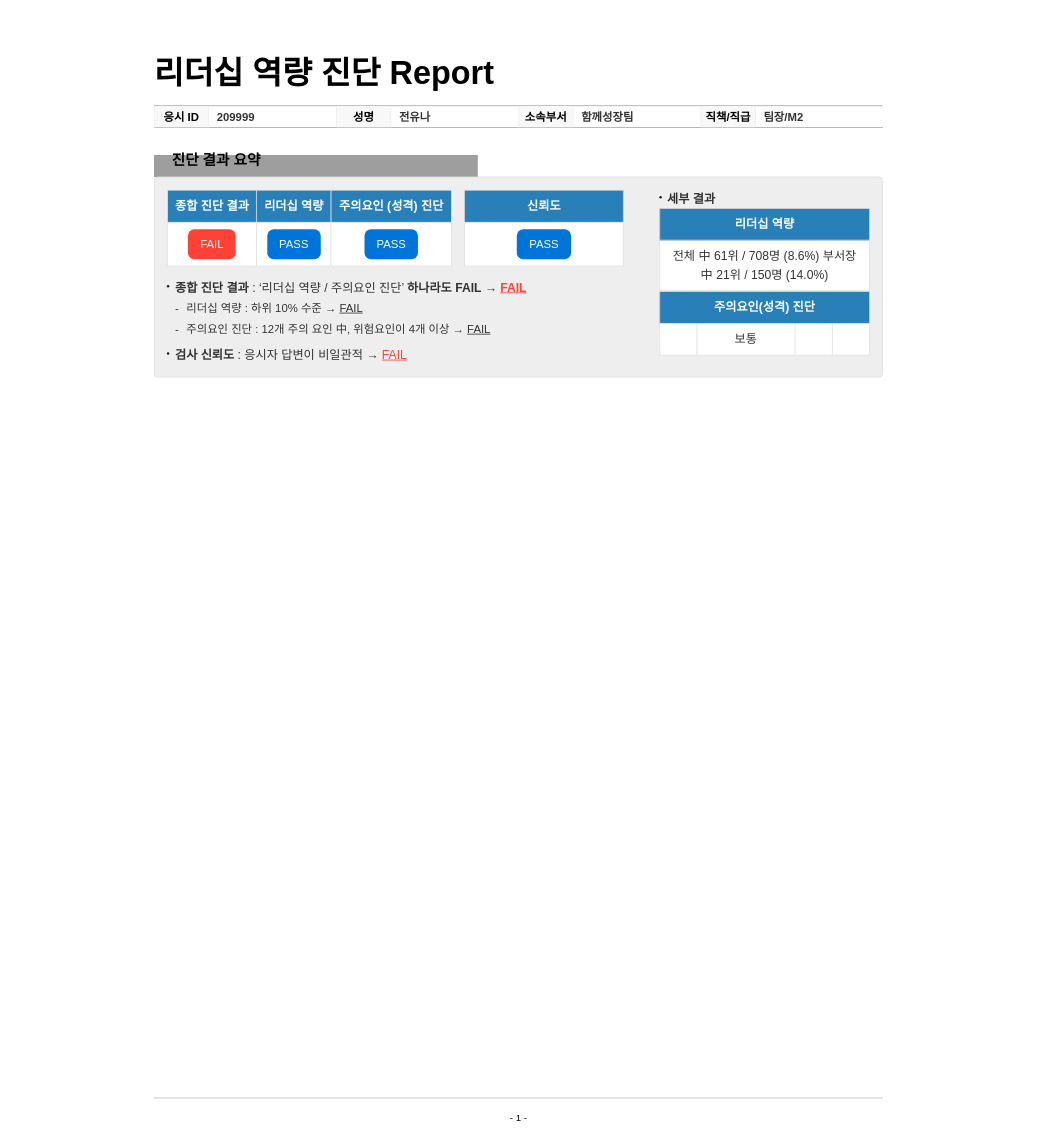
Repository: richosj/report
Page: index.html
These files come from the project's save history. The page is drawn as it stood at one moment and after the next save; the edit follows.
The browser window is 1280 px wide. The pictures show the whole page, at 81% of full size.
Pictures or frames that could not be fetched are drawn as grey boxes. Some web fonts or font styles are not loaded; a fallback is used. The style sheet was rebuilt from its Sass, Less or Tailwind sources for each picture, by a compiler version that may differ from the author's.

Above is the page before, as saved 2024-09-21 22:10:33.

After the next save:
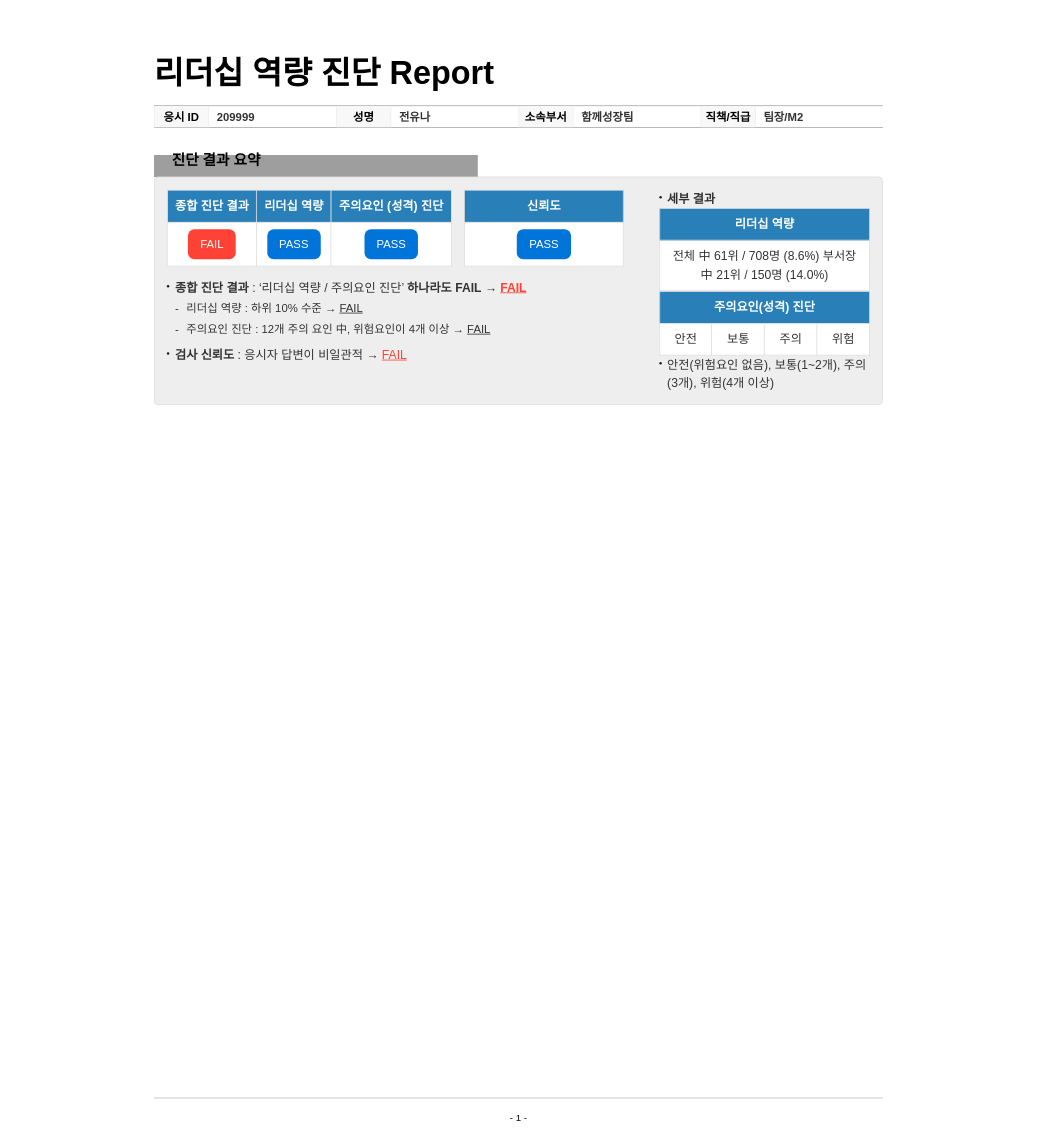
Saved 42 s later.
--- a/index.html
+++ b/index.html
@@ -119,13 +119,16 @@
                                 </thead>
                                 <tbody>
                                     <tr>
-                                        <td></td>
+                                        <td>안전</td>
                                         <td class="active">보통</td>
-                                        <td></td>
-                                        <td></td>
+                                        <td>주의</td>
+                                        <td>위험</td>
                                     </tr>
                                 </tbody>
                             </table>
+                            <ul class="list-round">
+                               <li>안전(위험요인 없음), 보통(1~2개), 주의(3개), 위험(4개 이상)</li>
+                            </ul>
                         </div>
                     </div>
 
